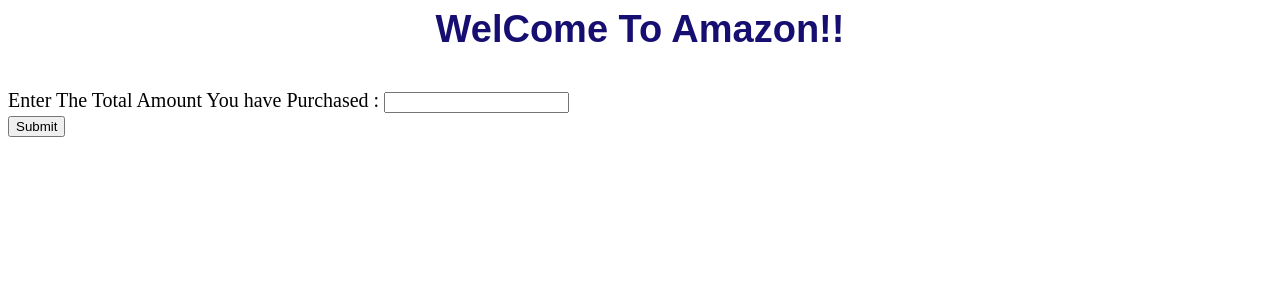
Repository: KavinAdithya/Servlet-JSP
Page: AmazonSale/src/main/webapp/WebPage.html
An editor plug-in stored every save of this project. The page is shown before and after the next save, followed by the edit.
The browser window is 1280 px wide. The pictures show the whole page.

Above is the page before, as saved 2024-03-17 02:09:04.

### AmazonSale/src/main/webapp/WebPage.html
<!DOCTYPE html>
<html>
	<head>
		<meta charset="ISO-8859-1">
		<title>
			AmazonShop.tech
		</title>
		<link rel="stylesheet" href="WebPageStyle.css">
	</head>
	<body>
		<p class="amazon-para">
			WelCome To Amazon!!
		</p>
		<form action="amazon" method="post" class="amount-para">
			Enter The Total Amount You have Purchased : <input type="text" name="amount"><br>
			<input type="submit">
		</form>
	</body>
</html>

### AmazonSale/src/main/webapp/WebPageStyle.css
@charset "ISO-8859-1";
.amazon-para{
	color:rgb(22, 15, 113);
	text-align:center;
	margin-top:0;
	font-size:38px;
	font-family:Arial;
	font-weight:bold;
}
.amount-para{
	font-size:20px;
}

After the next save:
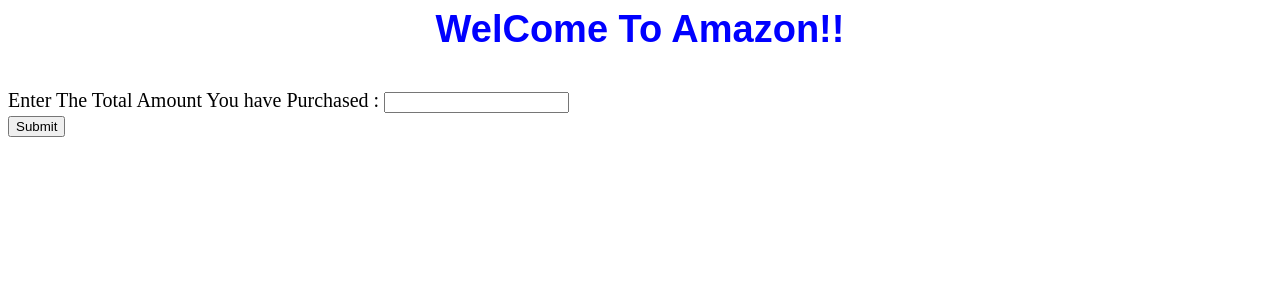
Saved 19 s later.
--- a/AmazonSale/src/main/webapp/WebPageStyle.css
+++ b/AmazonSale/src/main/webapp/WebPageStyle.css
@@ -1,6 +1,6 @@
 @charset "ISO-8859-1";
 .amazon-para{
-	color:rgb(22, 15, 113);
+	color:rgb(0, 0, 255);
 	text-align:center;
 	margin-top:0;
 	font-size:38px;
